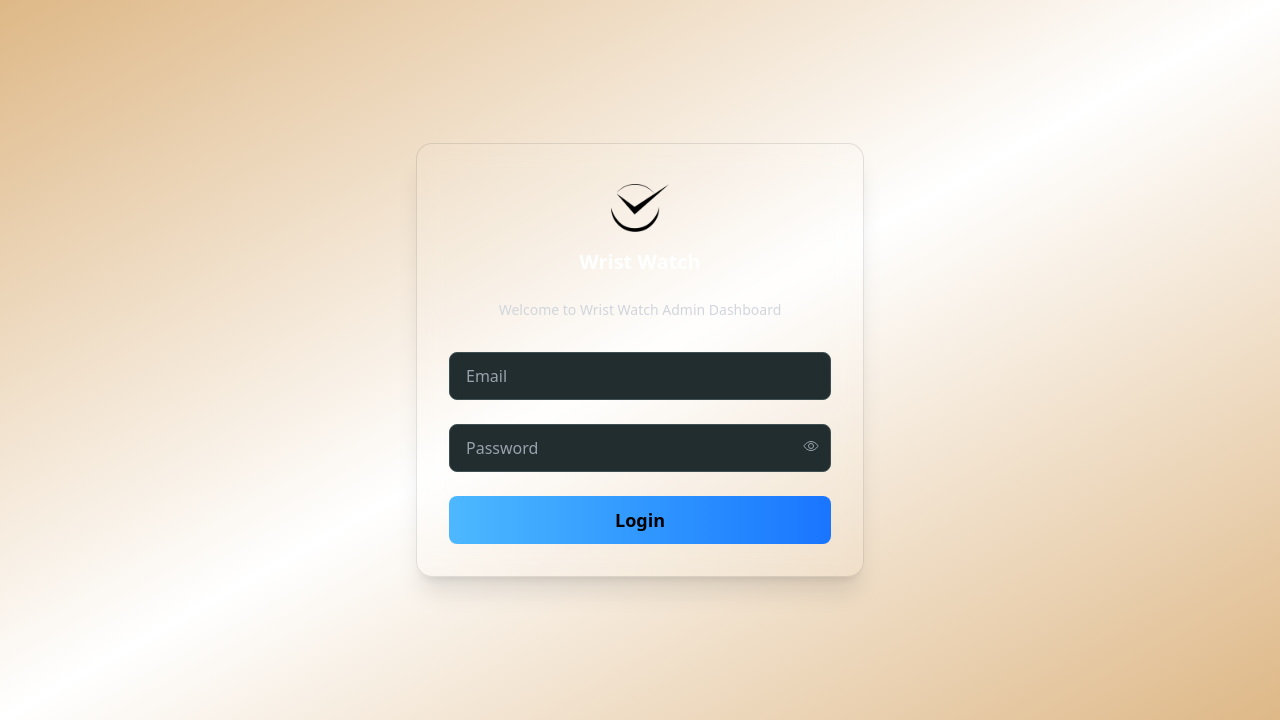
Repository: mansibhanushali/online_watch_ecommerce_mernstack_webapplication
Page: / (app in admin/)
An editor plug-in stored every save of this project. The page is shown before and after the next save, followed by the edit.
The browser window is 1280 px wide. The pictures show the whole page.
The project was rebuilt for these pictures with package versions that can differ from the ones it lists, and the page was loaded fresh each time. Also part of the build but not shown: admin/vite.config.js, admin/src/component/Nav.jsx, admin/src/pages/Home.jsx, admin/src/component/Loading.jsx, admin/src/pages/Add.jsx, admin/src/pages/Lists.jsx, admin/src/pages/Orders.jsx.

Above is the page before, as saved 2025-08-16 17:18:26.

### admin/index.html
<!doctype html>
<html lang="en">
  <head>
    <meta charset="UTF-8" />
    <link rel="icon" type="image/svg+xml" href="./logo1.png" />
    <meta name="viewport" content="width=device-width, initial-scale=1.0" />
    <title>Wristwatch-AdminPanel</title>
  </head>
  <body>
    <div id="root"></div>
    <script type="module" src="/src/main.jsx"></script>
  </body>
</html>

### admin/src/App.jsx
import React, { useContext } from 'react';
import { Route, Routes, Navigate } from 'react-router-dom';
import Home from './pages/Home';
import Add from './pages/Add';
import Lists from './pages/Lists';
import Orders from './pages/Orders';
import Login from './pages/Login';
import { adminDataContext } from './context/AdminContext';
import { ToastContainer } from 'react-toastify';

function App() {
  const { adminData } = useContext(adminDataContext);

  if (adminData === undefined) {
    // ⏳ While checking admin status
    return <div>Loading...</div>;
  }

  return (
    <>
      <ToastContainer />
      <Routes>
        <Route
          path="/"
          element={
            adminData ? <Navigate to="/admin/home" /> : <Navigate to="/login" />
          }
        />
        <Route
          path="/login"
          element={
            adminData ? <Navigate to="/admin/home" /> : <Login />
          }
        />
        <Route
          path="/admin/home"
          element={
            adminData ? <Home /> : <Navigate to="/login" />
          }
        />
        <Route
          path="/add"
          element={
            adminData ? <Add /> : <Navigate to="/login" />
          }
        />
        <Route
          path="/lists"
          element={
            adminData ? <Lists /> : <Navigate to="/login" />
          }
        />
        <Route
          path="/orders"
          element={
            adminData ? <Orders /> : <Navigate to="/login" />
          }
        />
      </Routes>
    </>
  );
}

export default App;

### admin/src/context/AuthContext.jsx
import React, { createContext } from 'react';

export const authDataContext = createContext();

function AuthContext({ children }) {
  let serverUrl = "http://localhost:8000";

  let value = {
    serverUrl
  };

  return (
    <authDataContext.Provider value={value}>
      {children}
    </authDataContext.Provider>
  );
}

export default AuthContext;

### admin/src/context/AdminContext.jsx
import React, { createContext, useContext, useEffect, useState } from 'react';
import { authDataContext } from './AuthContext';
import axios from 'axios';

export const adminDataContext = createContext();

function AdminContext({ children }) {
  const [adminData, setAdminData] = useState(null);
  const [isAuthenticated, setIsAuthenticated] = useState(false);
  const [loading, setLoading] = useState(true);
  const { serverUrl } = useContext(authDataContext);

  const getAdmin = async () => {
    try {
      const token = localStorage.getItem("adminToken");
      if (!token) {
        console.log("No admin token found");
        setIsAuthenticated(false);
        setLoading(false);
        return;
      }

      const result = await axios.get(serverUrl + "/api/user/getadmin", {
        withCredentials: true,
        headers: { Authorization: `Bearer ${token}` }
      });

      setAdminData(result.data);
      setIsAuthenticated(true);
    } catch (error) {
      console.error("Error fetching admin:", error);
      setIsAuthenticated(false);
      setAdminData(null);
    } finally {
      setLoading(false);
    }
  };

  useEffect(() => {
    getAdmin();
  }, []);

  const value = { adminData, setAdminData, getAdmin, isAuthenticated, loading };

  return (
    <adminDataContext.Provider value={value}>
      {children}
    </adminDataContext.Provider>
  );
}

export default AdminContext;

### admin/src/pages/Login.jsx
import React, { useContext, useState } from 'react';
import logo from '../assets/logo1.png';
import { IoEyeOutline, IoEye } from "react-icons/io5";
import axios from 'axios';
import { authDataContext } from '../context/AuthContext';
import { adminDataContext } from '../context/AdminContext';
import { useNavigate } from 'react-router-dom';
import { toast } from 'react-toastify';

function Login() {
  const [show, setShow] = useState(false);
  const [email, setEmail] = useState("");
  const [password, setPassword] = useState("");
  const { getAdmin } = useContext(adminDataContext);
  const { serverUrl } = useContext(authDataContext);
  const navigate = useNavigate();
  const [loading, setLoading] = useState(false);

const AdminLogin = async (e) => {
  e.preventDefault();
  setLoading(true);
  try {
    const result = await axios.post(
      `${serverUrl}/api/auth/adminlogin`,
      { email, password },
      { withCredentials: true }
    );


    if (result.data?.token) {
      localStorage.setItem("adminToken", result.data.token);
    }

    toast.success("Admin Login Successful");

    await getAdmin();
    navigate("/admin/home");

  } catch (error) {
    toast.error(error?.response?.data?.message || "Admin Login Failed");
  } finally {
    setLoading(false);
  }
};


  return (
    <div className="w-screen h-screen bg-gradient-to-br from-[burlywood] via-[#burlwood] to-[burlywood] text-black flex items-center justify-center px-4">
      <div className="w-full max-w-md bg-white/5 backdrop-blur-md border border-black/10 rounded-2xl shadow-xl p-8 flex flex-col items-center">

        <div className="flex flex-col items-center mb-4">
          <img src={logo} alt="Logo" className="w-16" />
          <h1 className="text-xl font-semibold mt-2 text-white">Wrist Watch</h1>
        </div>

        <p className="text-sm text-gray-300 mt-2 text-center">
          Welcome to Wrist Watch Admin Dashboard
        </p>

        <form onSubmit={AdminLogin} className="flex flex-col gap-6 mt-8 w-full">

          <input
            type="email"
            placeholder="Email"
            required
            value={email}
            onChange={(e) => setEmail(e.target.value)}
            className="w-full h-12 px-4 rounded-lg bg-[#222d2f] border border-[#3f5052] placeholder-gray-400 text-white focus:outline-none focus:ring-2 focus:ring-[#4db8ff]"
          />

          <div className="relative w-full">
            <input
              type={show ? "text" : "password"}
              placeholder="Password"
              required
              value={password}
              onChange={(e) => setPassword(e.target.value)}
              className="w-full h-12 px-4 rounded-lg bg-[#222d2f] border border-[#3f5052] placeholder-gray-400 text-white focus:outline-none focus:ring-2 focus:ring-[#4db8ff]"
            />
            <span
              className="absolute right-3 top-3.5 cursor-pointer text-gray-400 hover:text-white"
              onClick={() => setShow(!show)}
            >
              {show ? <IoEye /> : <IoEyeOutline />}
            </span>
          </div>

          <button
            type="submit"
            disabled={loading}
            className={`w-full h-12 rounded-lg text-lg font-semibold bg-gradient-to-r from-[#4db8ff] to-[#1a75ff] hover:opacity-90 transition duration-300 ${
              loading ? "opacity-50 cursor-not-allowed" : ""
            }`}
          >
            {loading ? "Logging in..." : "Login"}
          </button>
        </form>
      </div>
    </div>
  );
}

export default Login;

Loaded but not shown: admin/src/main.jsx (common file); admin/src/index.css (common file)

After the next save:
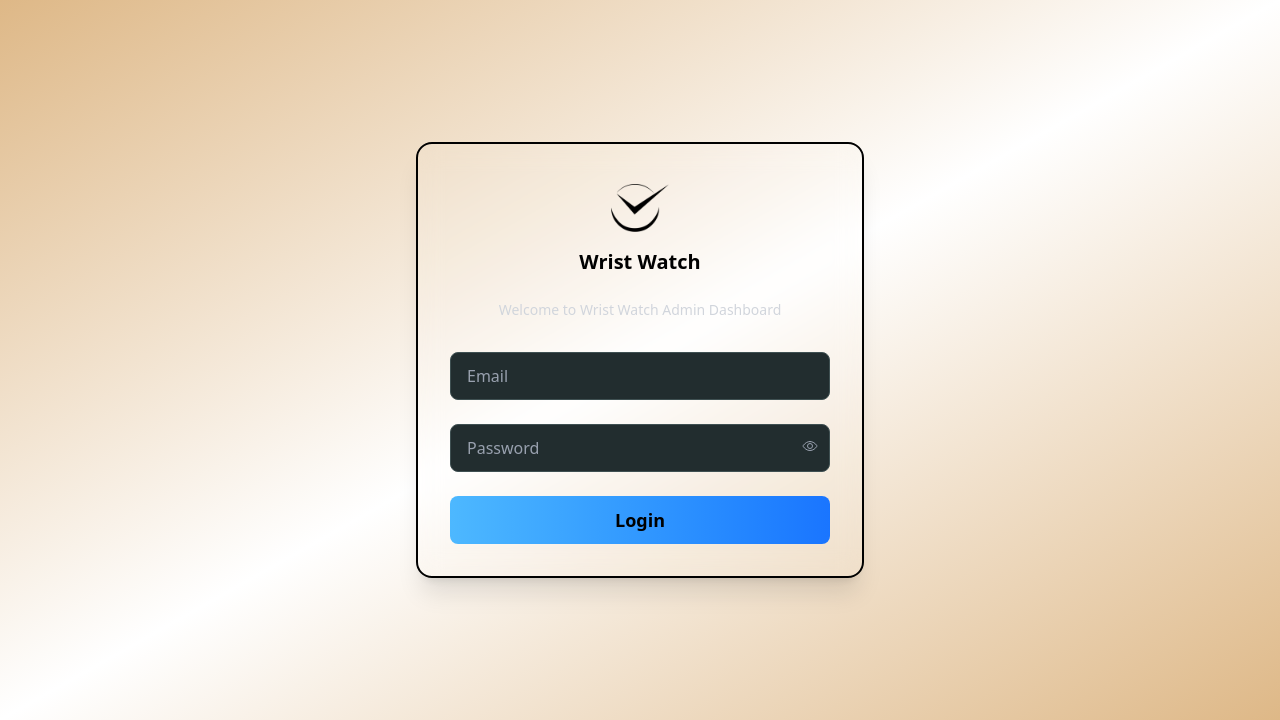
Saved 40 s later.
--- a/admin/src/pages/Login.jsx
+++ b/admin/src/pages/Login.jsx
@@ -46,11 +46,11 @@ const AdminLogin = async (e) => {
 
   return (
     <div className="w-screen h-screen bg-gradient-to-br from-[burlywood] via-[#burlwood] to-[burlywood] text-black flex items-center justify-center px-4">
-      <div className="w-full max-w-md bg-white/5 backdrop-blur-md border border-black/10 rounded-2xl shadow-xl p-8 flex flex-col items-center">
+      <div className="w-full max-w-md bg-white/5 backdrop-blur-md border-2 border-black rounded-2xl shadow-xl p-8 flex flex-col items-center">
 
         <div className="flex flex-col items-center mb-4">
           <img src={logo} alt="Logo" className="w-16" />
-          <h1 className="text-xl font-semibold mt-2 text-white">Wrist Watch</h1>
+          <h1 className="text-xl font-semibold mt-2 text-black">Wrist Watch</h1>
         </div>
 
         <p className="text-sm text-gray-300 mt-2 text-center">
